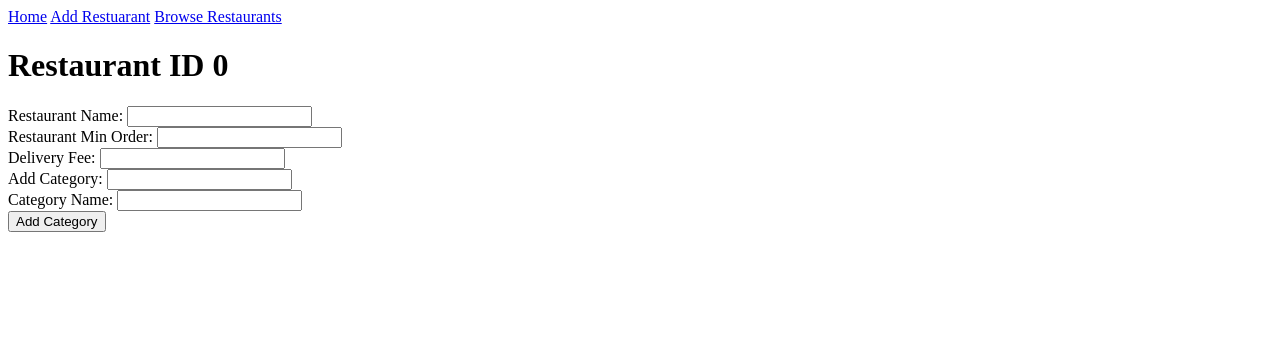
Repository: hudaali14/Carleton
Page: http://localhost/restaurants/0
An editor plug-in stored every save of this project. The page is shown before and after the next save, followed by the edit.
The browser window is 1280 px wide. The pictures show the whole page.
The page is served by the project's Node server (server.js).

Above is the page before, as saved 2020-03-12 17:30:50.

After the next save:
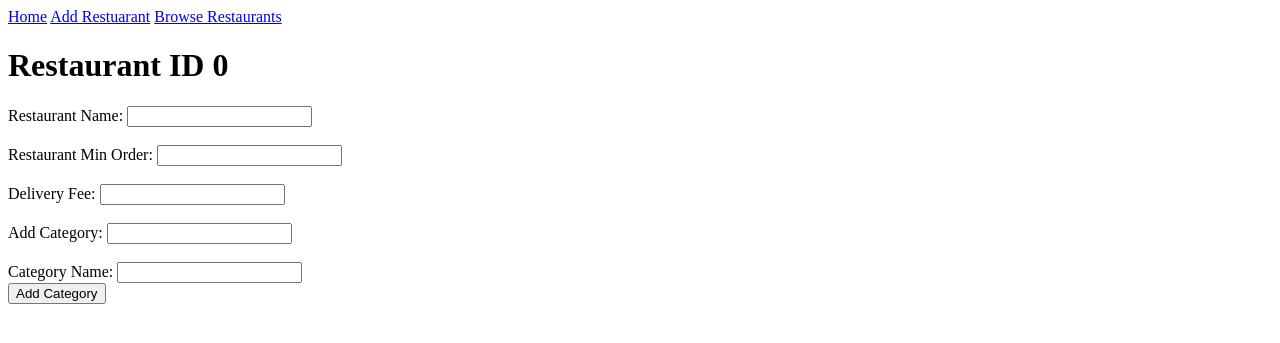
Saved 39 s later.
--- a/2406/Assignments/Assignment3 (100)/views/pages/restaurantpage.pug
+++ b/2406/Assignments/Assignment3 (100)/views/pages/restaurantpage.pug
@@ -8,15 +8,19 @@ body
     | Restaurant Name:
     input(type= "text", id="restaurantnamepage")
     br
+    br
     | Restaurant Min Order:
     input(type= "text", id="restaurantname")
+    br
     br
     | Delivery Fee:
     input(type= "text", id="restaurantname")
     br
+    br
 
     | Add Category:
     input(type= "text", id="restaurantname")
+    br
     br
 
     | Category Name:
